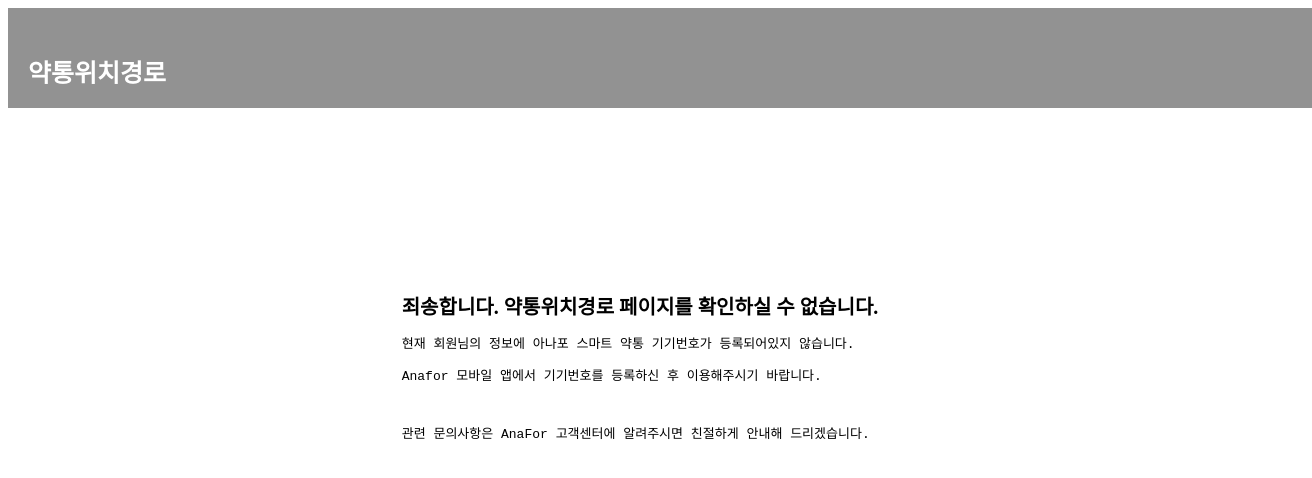
Repository: euzny/Spring-Website
Page: http://localhost/anafor/WEB-INF/views/my_info/notAccept.jsp
These files come from the project's save history. The page is drawn as it stood at one moment and after the next save; the edit follows.
The browser window is 1280 px wide. The page is 1312 px wide, so the pictures cover 1312 px, including what lies to the right of the window. The pictures show the whole page.
The page is served by Tomcat 9. Nobody is signed in. Other server files are loaded and not shown. The template is opened directly, without the code that normally fills it, so the values that code supplies are empty.

Above is the page before, as saved 2022-06-23 02:51:28.

### Workspace/anafor/src/main/webapp/WEB-INF/views/my_info/notAccept.jsp
<%@ page language="java" contentType="text/html; charset=UTF-8"
    pageEncoding="UTF-8"%>
<!DOCTYPE html>
<html>
<head>
<meta charset="UTF-8">
<title>Insert title here</title>
<style>
 	#header {
	   width:100%;
	   height:60px;
	   padding: 20px;
	   background-color:#929292;
	   border-bottom: 1px solid white;
	}
	#header h3{
	   font-size: 25px;
	   font-weight: bold;
	   text-align: left;
	   color: white;
	}

	#notice{
		position: absolute; left: 50%; top: 50%;
		transform:translate(-50%, -50%);
	}
	#notice h3{
	   font-size: 20px;
	   font-weight:600;
	   margin-bottom:10px;
	   text-align:left;
	}
	#notice pre{
		margin-bottom:8px;
		 text-align:left;
	}
	#nocircle {
		font-size:40px;
		margin-bottom:20px;
	}

   	</style>
</head>
<body>
<div id="header">
  	<h3>약통위치경로</h3>
</div>
<div id="notice">
	<i class="fa-solid fa-circle-exclamation" id="nocircle"></i>
	<h3>죄송합니다. 약통위치경로 페이지를 확인하실 수 없습니다.</h3>
		<pre>현재 회원님의 정보에 아나포 스마트 약통 기기번호가 등록되어있지 않습니다.</pre>
		<pre>Anafor 모바일 앱에서 기기번호를 등록하신 후 이용해주시기 바랍니다.</pre>
		<br>
		<pre>관련 문의사항은 AnaFor 고객센터에 알려주시면 친절하게 안내해 드리겠습니다.</pre>
</div>
</body>
</html>

After the next save:
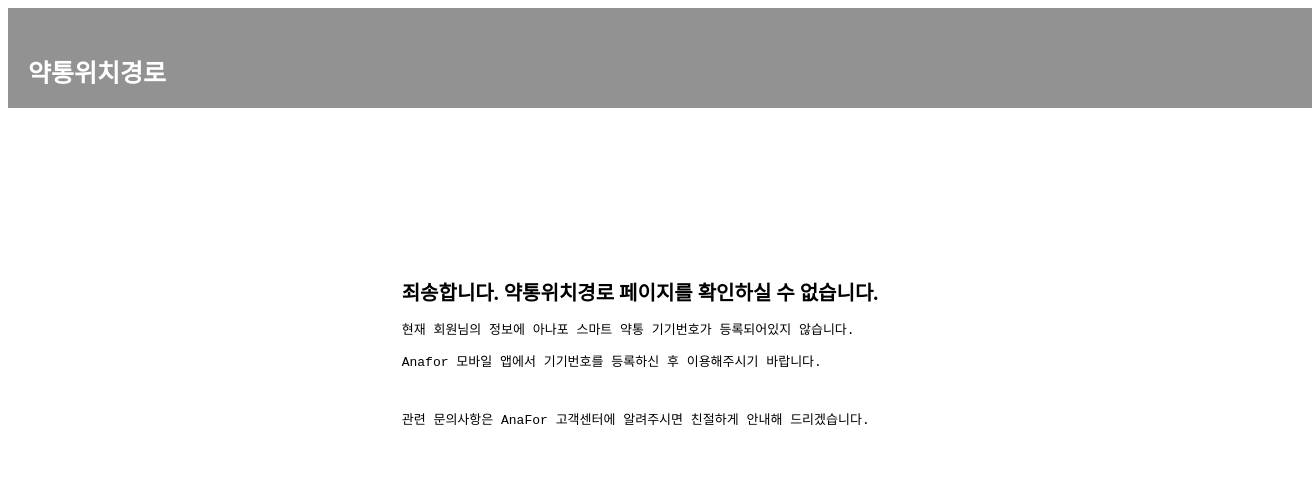
Saved 5 s later.
--- a/Workspace/anafor/src/main/webapp/WEB-INF/views/my_info/notAccept.jsp
+++ b/Workspace/anafor/src/main/webapp/WEB-INF/views/my_info/notAccept.jsp
@@ -21,7 +21,7 @@
 	}
 
 	#notice{
-		position: absolute; left: 50%; top: 50%;
+		position: absolute; left: 50%; top: 48%;
 		transform:translate(-50%, -50%);
 	}
 	#notice h3{
